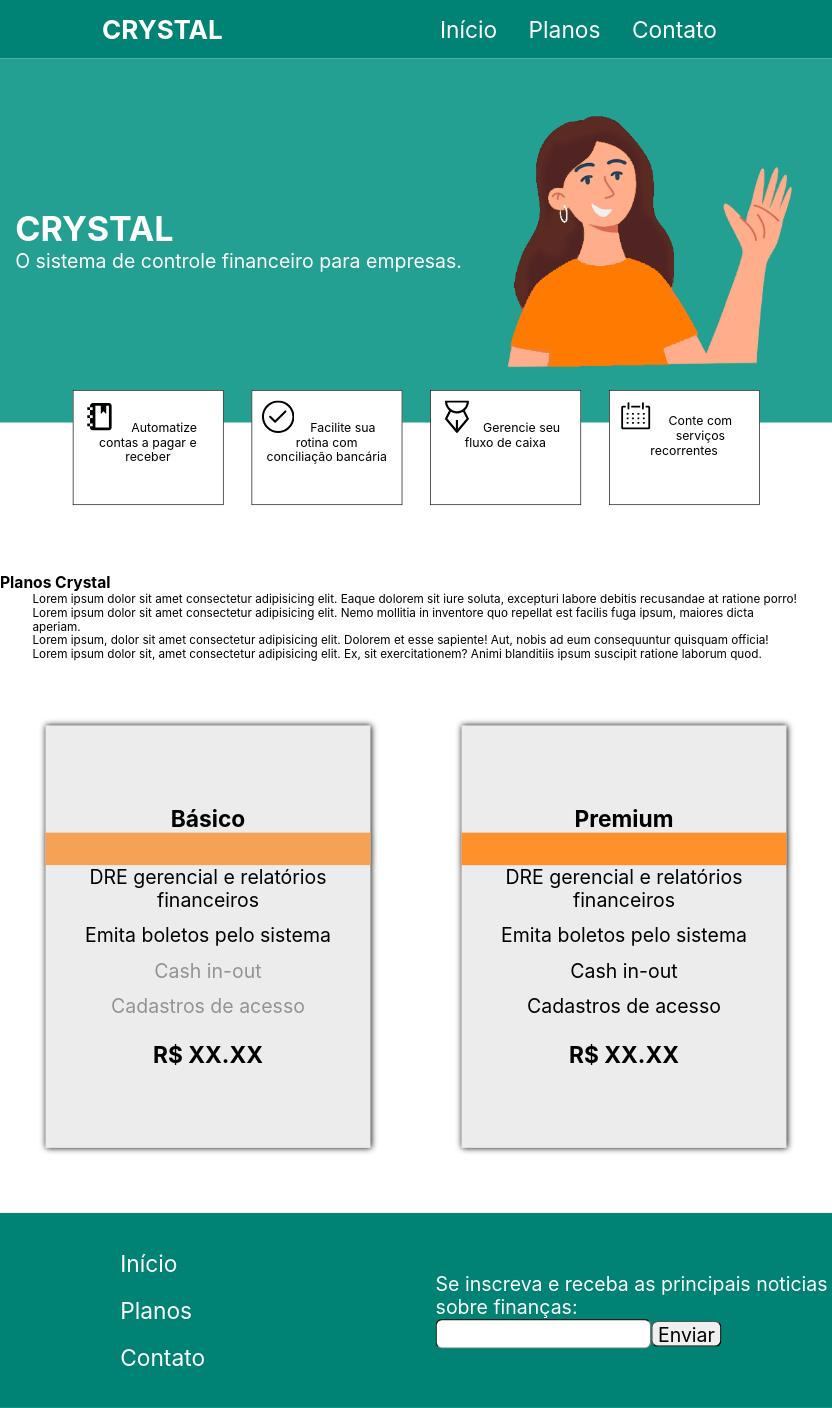
Repository: Matheus904-12/Crystallize
Page: index.html
An editor plug-in stored every save of this project. The page is shown before and after a run of saves, followed by the edit.
The browser window is 1280 px wide. The pictures show the whole page, at 65% of full size.
Some web fonts or font styles are not loaded; a fallback is used.

Above is the page before, as saved 2023-07-24 20:28:32.

### index.html
<!DOCTYPE html>
<html lang="pt-br">

<head>
    <meta charset="UTF-8">
    <meta name="viewport" content="width=device-width, initial-scale=1.0">

    <title>Crystal</title>

    <link rel="stylesheet" href="style.css">

</head>

<body>

    <header id="header">

        <h1 class="textoBranco logo">
            CRYSTAL
        </h1>

        <div class="textoBranco links">
            <a href="#header" class="paginas">Início</a>
            <a href="#planosOPC" class="paginas">Planos</a>
            <a href="contato.html" class="paginas">Contato</a>
        </div>

    </header>
    <section class="destaque">
        <div id="textLateral">
            <div class="textoBranco" id="titulo">
                <h1>CRYSTAL</h1>
            </div>
            <div class="textoBranco">
                <p>O sistema de controle financeiro para empresas.</p>
            </div>
        </div>
        <div class="textoBranco">
            <img src="mulher.png" alt="mulher acenando">
        </div>
    </section>
    <div class="boxes">
        <div class="box">
            <img src="planner.svg" alt="Logotipo">
            <h1></h1>
            <p>Automatize contas a pagar e receber</p>
        </div>
        <div class="box">
            <img src="check.svg" alt="Logotipo">
            <h1></h1>
            <p>Facilite sua rotina com conciliação bancária</p>
        </div>
        <div class="box">
            <img src="caneta.svg" alt="Logotipo">
            <h1></h1>
            <p>Gerencie seu fluxo de caixa</p>
        </div>
        <div class="box">
            <img src="calendario.svg" alt="Logotipo">
            <h1></h1>
            <p style="margin-top: 20px;">Conte com serviços recorrentes</p>
        </div>
    </div>

    <section id="planosOpc">
        <h1 class="textoPadrao planoTitulo">
            Planos Crystal
        </h1>
        <div class="textoPadrao planoTexto">
            <p>Lorem ipsum dolor sit amet consectetur adipisicing elit. Eaque dolorem sit iure soluta, excepturi labore debitis recusandae at ratione porro!</p>
            <p>Lorem ipsum dolor sit amet consectetur adipisicing elit. Nemo mollitia in inventore quo repellat est facilis fuga ipsum, maiores dicta aperiam.</p>
            <p>Lorem ipsum, dolor sit amet consectetur adipisicing elit. Dolorem et esse sapiente! Aut, nobis ad eum consequuntur quisquam officia!</p>
            <p>Lorem ipsum dolor sit, amet consectetur adipisicing elit. Ex, sit exercitationem? Animi blanditiis ipsum suscipit ratione laborum quod.</p>
        </div>
    </section>

    <nav class="opcoes">
        <div class="basic">
            <h2>Básico</h2>
            <div class="faixaBasic"></div>
            <p class="textoPadrao">DRE gerencial e relatórios financeiros</p>
            <br>
            <p class="textoPadrao">Emita boletos pelo sistema</p>
            <br>
            <p class="textoPadrao desativado">Cash in-out</p>
            <br>
            <p class="textoPadrao desativado">Cadastros de acesso</p>
            <br>
            <br>
            <h2>R$ XX.XX</h2>
        </div>

        <div class="premium">
            <h2>Premium</h2>
            <div class="faixa"></div>
            <p class="textoPadrao">DRE gerencial e relatórios financeiros</p>
            <br>
            <p class="textoPadrao">Emita boletos pelo sistema</p>
            <br>
            <p class="textoPadrao">Cash in-out</p>
            <br>
            <p class="textoPadrao">Cadastros de acesso</p>
            <br>
            <br>
            <h2>R$ XX.XX</h2>

        </div>
    </nav>

    <footer>
        <div class="textoBranco coluna">
            <a href="#header" class="paginasVertical">Início</a>
            <a href="#planosOPC" class="paginasVertical">Planos</a>
            <a href="contato.html" class="paginasVertical">Contato</a>
        </div>

        <div id="inscrever">
            <div class="coluna">
                <p class="textoBranco" id="inscricao">Se inscreva e receba as principais noticias sobre finanças:</p>
                <br>
                <br>
                <br>
                <br>
                <div class="inscreverse">
                    <input id="email" type="email">

                    <button id="enviar">Enviar</button>
                </div>
            </div>
        </div>
    </footer>
</body>

</html>

### style.css
/* RESET */

* {
    margin: 0;
}

/* FIM RESET */

/* PADRAO */

@font-face {
    font-family: "inter";
    src: url(atributos/fontInter/Inter-VariableFont_slnt\,wght.ttf);
}

h2 {
    font-size: 35px;
    font-family: "inter";
}

.textoBranco {
    font-family: "inter";
    color: #fff;
    font-size: 30px;
}

.textoPadrao {
    font-family: "inter";
    font-size: 30px;
}

html {
    scroll-behavior: smooth;
}

/* FIM PADRAO */


/* HEADER */

#header {
    background-color: #008374;
    width: 100vw;
    height: 90px;

    display: flex;
    justify-content: space-around;
    align-items: center;

}

.logo {
    font-size: 40px;
    color: #fff;
  }



.paginas {
    font-size: 35px;
    color: #fff;
    text-decoration: none;
    padding: 0px 20px;
}

/* FIM HEADER */

/* DESTAQUE */

.destaque {
    display: flex;
    align-items: center;
    justify-content: space-around;
    width: 100vw;
    height: 560px;

    background-color: #23A092;
}

#titulo {
    font-family: "inter";
    font-size: 35px;

}

/* FIM DESTAQUE*/










/* PLANOS */

.planosOpc {
    position: absolute;
    display: flex;
    width: 100px;
    height: 200px;
    font-size: 18px;
    flex-wrap: wrap;
  }

  .planoTitulo {
    font-size: 24px;
    margin-top: 5px;
    padding: 0%;
  }

  .planoTexto {
    padding: 0px 50px 0px 50px;
    font-size: 18px;
  }
/* FIM PLANOS */

/* OPCOES */

.opcoes {
    padding: 100px 0px;
    width: 100vw;
    display: flex;
    justify-content: space-around;
    text-align: center;
}

.faixa {
    width: 500px;
    height: 50px;

    background-color: #FF912D;
}

.faixaBasic {
    width: 500px;
    height: 50px;

    background-color: #F6A256;
}



.basic {
            background-color: #EDECEC;

            width: 500px;
            height: 650px;

            display: flex;
            justify-content: center;
            flex-direction: column;

            filter: drop-shadow(1px 0px 5px #000000);

        }

.desativado {
    color: #959292;
}

.premium {
            background-color: #EDECEC;

            width: 500px;
            height: 650px;

            display: flex;
            justify-content: center;
            flex-direction: column;

            filter: drop-shadow(1px 0px 5px #000000);
        }
/* FIM OPCOES */
/* RODAPE */

footer {
    width: 100vw;
    height: 300px;

    display: flex;
    align-items: center;
    justify-content: space-around;

    background-color: #008374;
}

 .coluna {
    display: flex;
    flex-direction: column;}


.paginasVertical {
    padding: 15px;
    font-size: 35px;
    color: #fff;
    text-decoration: none;
}

#inscrever {
    width: 440px;
    height: 300px;

    flex-direction: column;
    display: flex;
    align-content: center;
    justify-content: space-around;

}

#inscricao {
    position: absolute;
}

#email {
    width: 400px;
    height: 40px;
    border-radius: 10px;
}

#enviar {
    width: 130px;
    height: 40px;

    border-radius: 10px;
    font-size: 30px;
    font-family: "inter";
}

.inscreverse {
    display: flex;
    align-items: center;
}
/*Caxinhas*/
.box {
    width: 200px;
    height: 145px;
    border: 1px solid black;
    padding: 15px;
    margin: 10px;
    margin-top: -50px;
    background-color: #FFF;
  }

  .box h1 {
    font-size: 20px;
    font-weight: bold;
  }

  .box p {
    color: #000;
    font-family: Inter;
    font-size: 19px;
    font-style: normal;
    font-weight: 400;
    line-height: normal;
    margin-top: 30px;
    text-align: center;
  }

  .box img {
    width: 50px;
    height: 50px;
    float:inline-start;
    margin-right: 10px;
    margin-top: 80px;
  }

  .boxes {
    display: flex;
    justify-content: space-around;
    align-items: center;
    padding: 90px;
    margin-top: -90px;
  }

  .box img {
    display: block;
    margin: 0 auto;
  }

  .box {
    display: inline-block;
  }

  /* INFORMACOES */

.info {
    display: flex;
    flex-direction: column;

    margin: 100px 500px

}

.comoContatar {
    margin: 100px 100px
}
/* FIM INFORMACOES */

After the next 2 saves:
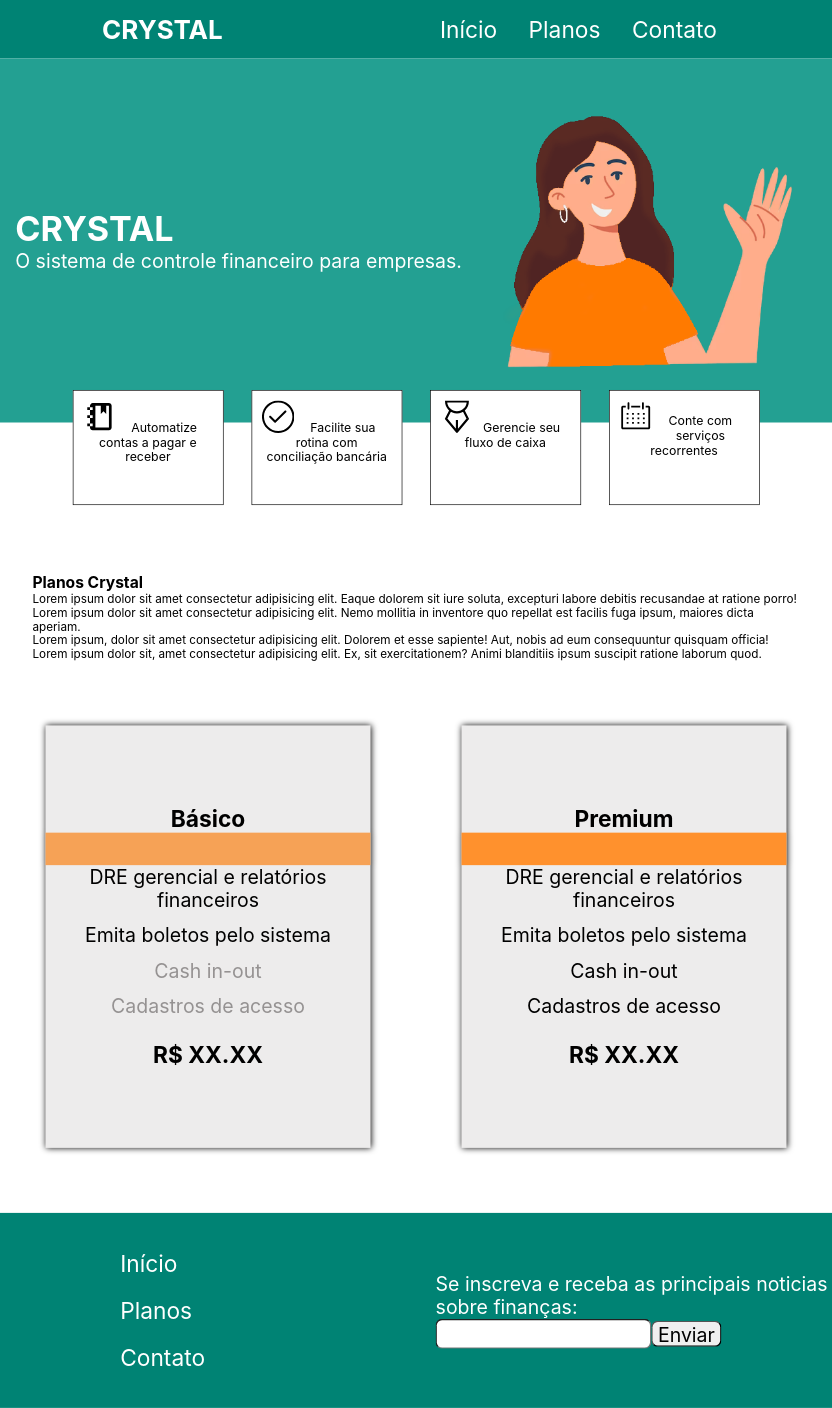
The 2 saves are shown as one change because they came seconds apart.
The last was saved 7 s later.
--- a/style.css
+++ b/style.css
@@ -108,7 +108,7 @@
   .planoTitulo {
     font-size: 24px;
     margin-top: 5px;
-    padding: 0%;
+    padding: 0px 50px ;
   }
 
   .planoTexto {
